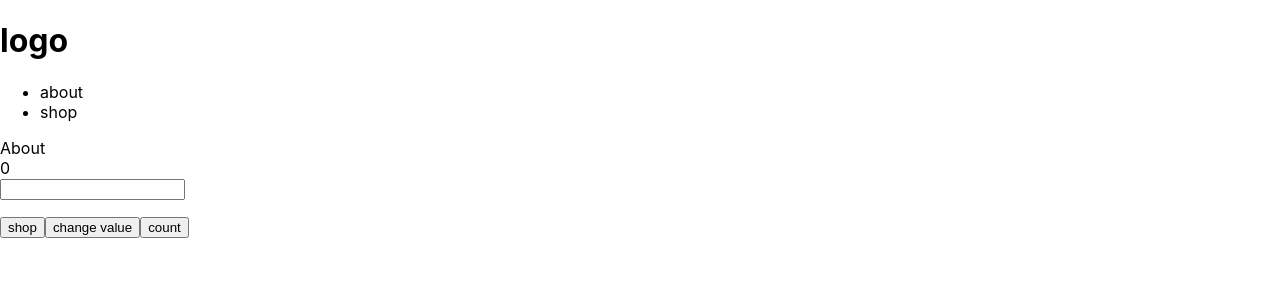
Repository: AstriaFinance/AstriaMvp
Page: /about
The author's editor kept a copy of each file at every save. The page is drawn from the files as they stood at one save, then again after the next save.
The browser window is 1280 px wide. The pictures show the whole page.
The project was rebuilt for these pictures with package versions that can differ from the ones it lists, and the page was loaded fresh each time. Also part of the build but not shown: src/components/Shop.jsx, src/components/ErrorPage.jsx.

Above is the page before, as saved 2022-06-21 14:07:36.

After the next save:
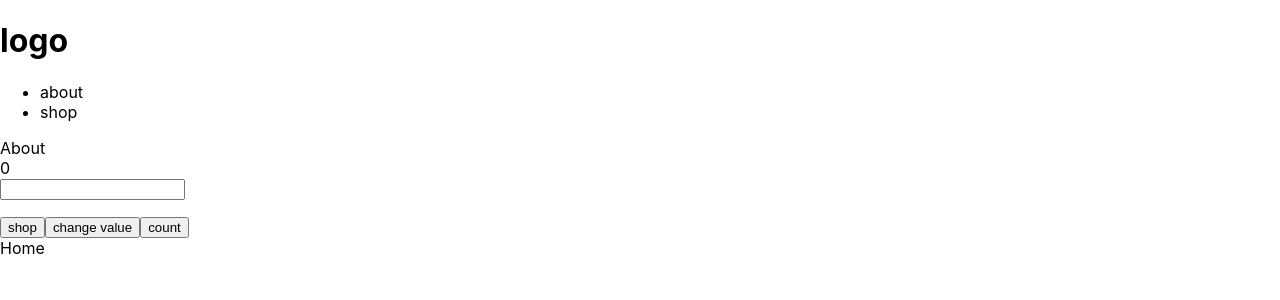
Saved 1 s later.
--- a/src/App.js
+++ b/src/App.js
@@ -1,4 +1,4 @@
-import {Nav, Shop, About, ErrorPage} from "./components"
+import {Nav, Shop, About, ErrorPage, Home} from "./components"
 import {BrowserRouter as Router,Routes, Route, Link} from"react-router-dom"
 function App() {
   return (
@@ -13,7 +13,7 @@ function App() {
       <Route path="/shop/:goods" element={<Shop/>}/>
       <Route path="*" element={<ErrorPage/>}/>
    </Routes>
-
+    <Home/>
     </div>
     </Router>
   );
